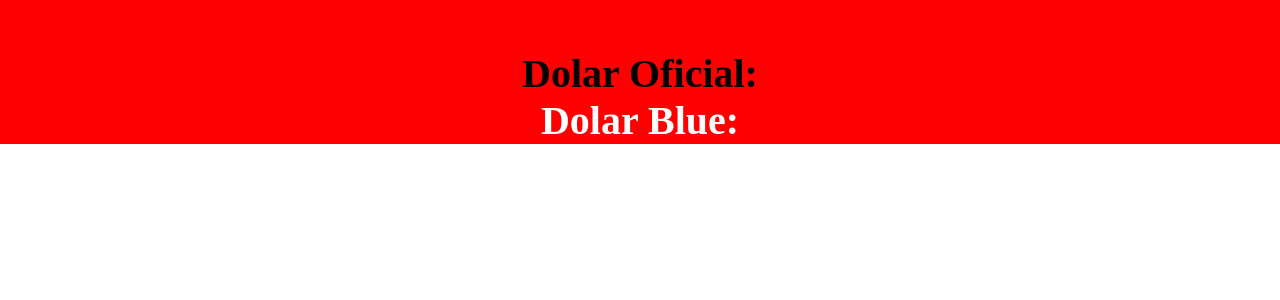
Repository: matias4633/Bill-Metal
Page: BillMetal/widget/BillMetal/index.html
These files come from the project's save history. The page is drawn as it stood at one moment and after the next save; the edit follows.
The browser window is 1280 px wide. The pictures show the whole page.
The page's requests for data from a server got no answer.

Above is the page before, as saved 2022-07-15 02:18:40.
Console error (its wording comes from the project's code and is left out).

### BillMetal/widget/BillMetal/index.html
<!DOCTYPE html>
<html>

<head>
  <meta charset="UTF-8">
  <link rel="stylesheet" type="text/css" href="css/style.css">
  <script src="js/main.js"></script>
  <style></style>
</head>

<body>
  <div id="page">
    <div id="container">
      <p id="texto-oficial">Dolar Oficial: <div id="oficial"></div> <div id="texto-blue">Dolar Blue: <div id="blue"></div> </div> </p>

    </div>
  </div>
</body>

</html>

### BillMetal/widget/BillMetal/css/style.css
html,
body {
    width: 100%;
    height: 100%;
    margin: 0;
    padding: 0;
}
p {
    color: black;
}
#page {
    background-color: white;
    color: #fff;
    height: 100%;
    position: relative;
    width: 100%;
}
#container {
    width: 100%;
    height: 100%;
}
#texto-oficial {
    font-weight: bold;
    font-size: 40px;
	padding-top: 50px;
    vertical-align: text-bottom;
    margin: 0;
    text-align: center;
    background: red

}
#oficial {
    background: blue;
    font-weight: bold;
    font-size: 40px;
    text-align: center;
}
#texto-blue {
    font-weight: bold;
    font-size: 40px;

    margin: 0;
    text-align: center;
    background: red
}
#blue {
    background: blue;
    font-weight: bold;
    font-size: 40px;
    text-align: center;
}

### BillMetal/widget/BillMetal/js/main.js
window.onload = function() {
  console.log('+[window.onload]');
  // Do nothing now
  const url = 'https://criptoya.com/api/dolar';

  let respuesta= new XMLHttpRequest();
  respuesta.open('GET',url);

  respuesta.onreadystatechange=function(){

      if(respuesta.readyState === XMLHttpRequest.DONE){

          let respuestaJson= JSON.parse(this.responseText);
          console.log(respuestaJson);
          document.getElementById('oficial').innerText = respuestaJson.oficial;
          document.getElementById('blue').innerText= respuestaJson.blue;
      }
  };
  respuesta.send();



};

After the next save:
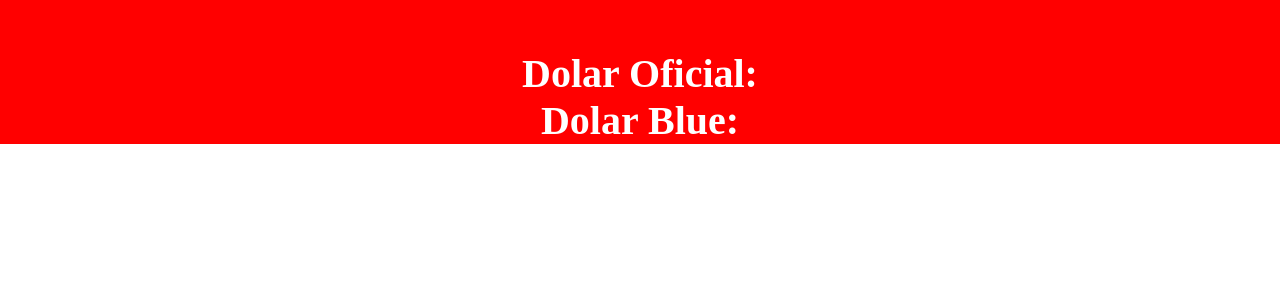
Saved 38 s later.
--- a/BillMetal/widget/BillMetal/css/style.css
+++ b/BillMetal/widget/BillMetal/css/style.css
@@ -5,9 +5,7 @@
     margin: 0;
     padding: 0;
 }
-p {
-    color: black;
-}
+
 #page {
     background-color: white;
     color: #fff;
@@ -34,6 +32,7 @@
     font-weight: bold;
     font-size: 40px;
     text-align: center;
+     color: black;
 }
 #texto-blue {
     font-weight: bold;
@@ -48,4 +47,5 @@
     font-weight: bold;
     font-size: 40px;
     text-align: center;
+     color: black;
 }

After the 3 saves that followed:
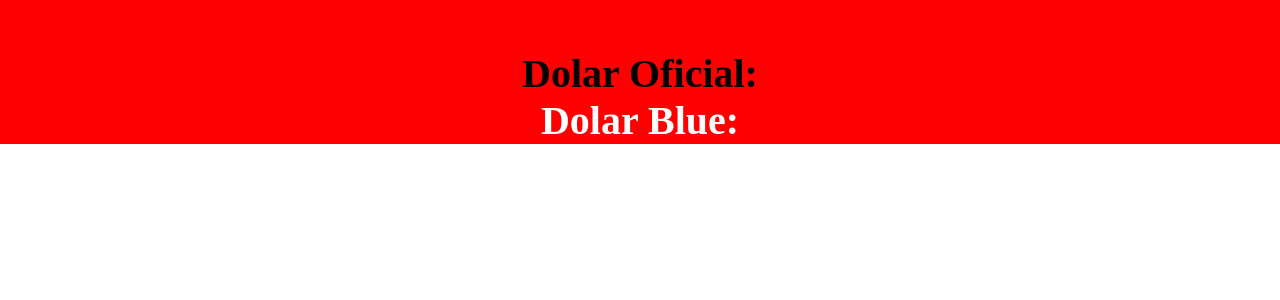
The 3 saves are shown as one change because 2 left the picture as it was.
The last was saved 3 min 35 s later.
--- a/BillMetal/widget/BillMetal/css/style.css
+++ b/BillMetal/widget/BillMetal/css/style.css
@@ -4,6 +4,7 @@
     height: 100%;
     margin: 0;
     padding: 0;
+
 }
 
 #page {
@@ -20,6 +21,7 @@
 #texto-oficial {
     font-weight: bold;
     font-size: 40px;
+    color:black;
 	padding-top: 50px;
     vertical-align: text-bottom;
     margin: 0;
